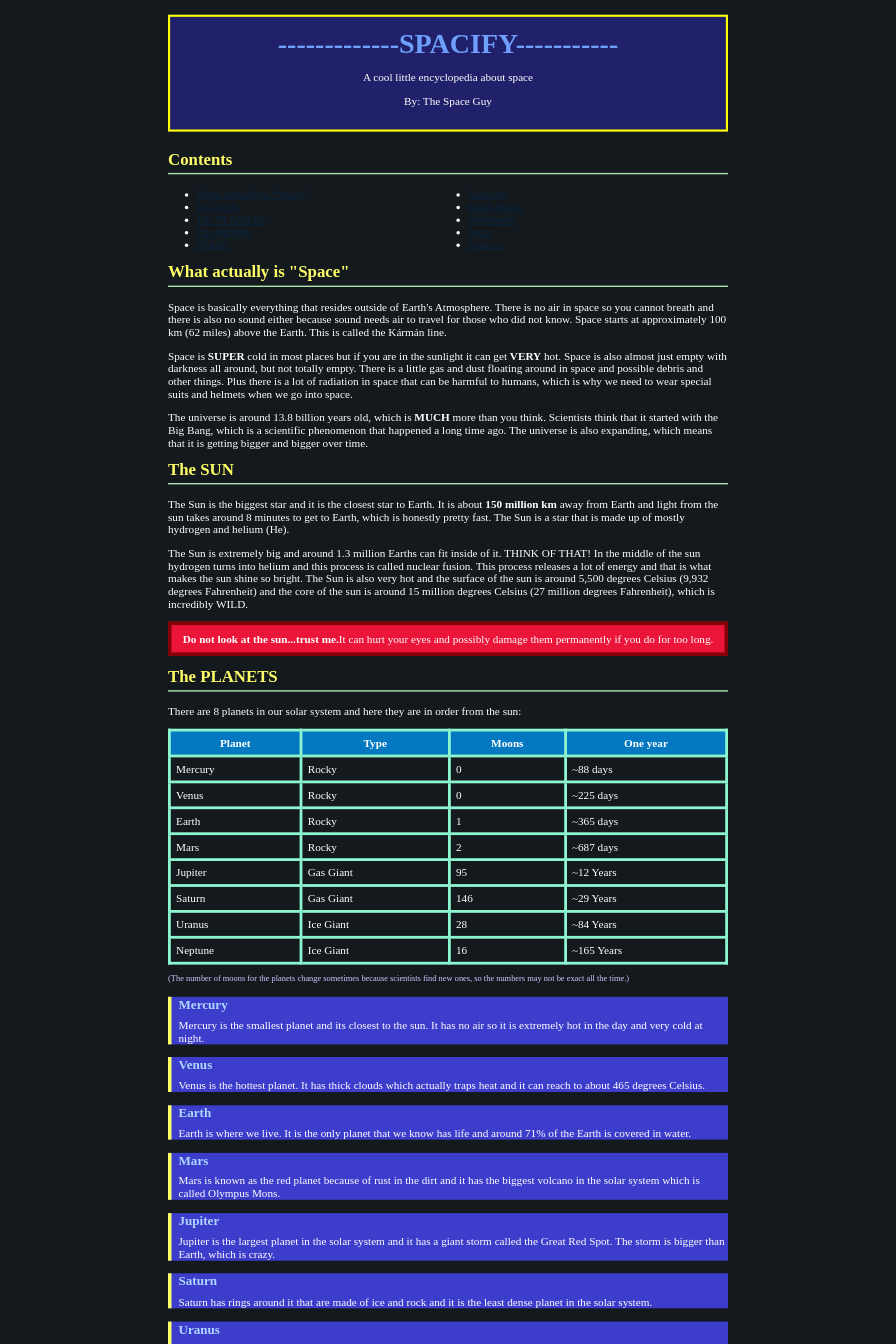
Repository: manayparikh1/Spacify
Page: index.html
These files come from the project's save history. The page is drawn as it stood at one moment and after the next save; the edit follows.
The browser window is 1280 px wide. The pictures show the part of the page from y = 0 to 1920 px (the page is 3940 px tall), at 70% of full size.

Above is the page before, as saved 2026-10-30 21:46:29.

### index.html
<!DOCTYPE html>
<html>

<head>
    <meta charset="utf-8">
    <title>Spacify</title>
    <link rel="stylesheet" href="style.css">
</head>

<body>
    <div class="page">
        <div class="header">
            <h1>-------------SPACIFY-----------</h1>
            <p>A cool little encyclopedia about space</p>
            <p>By: The Space Guy</p>
        </div>
        <div class="box contents">
            <h2>Contents</h2>
            <ul>
                <li><a href="#what">What actually is "Space"</a></li>
                <li><a href="#sun">The SUN</a></li>
                <li><a href="#planets">The PLANETS</a></li>
                <li><a href="#moon">The MOON</a></li>
                <li><a href="#stars">STARS</a></li>
                <li><a href="#galaxies">Galaxies</a></li>
                <li><a href="#blackholes">Black Holes</a></li>
                <li><a href="#astronauts">Astronauts</a></li>
                <li><a href="#facts">Facts</a></li>
                <li><a href="#sources">Sources</a></li>
            </ul>
        </div>
        <div class="box" id="what">
            <h2>What actually is "Space"</h2>
            <p>
                Space is basically everything that resides outside of Earth's Atmosphere. There is no air in space
                so you cannot breath and there is also no sound either because sound needs air to travel for those who
                did not know.
                Space starts at approximately 100 km (62 miles) above the Earth. This is called the Kármán line.
            </p>
            <p>
                Space is <strong>SUPER</strong> cold in most places but if you are in the sunlight it can get
                <strong>VERY</strong> hot. Space is also almost just empty with darkness all around, but not totally
                empty.
                There is a little gas and dust floating around in space and possible debris and other things. Plus there
                is a lot of radiation in space that can be harmful to humans, which is why we need to wear special suits
                and helmets when we go into space.
            </p>
            <p>
                The universe is around 13.8 billion years old, which is <strong>MUCH</strong> more than you think.
                Scientists think that it started with the Big Bang, which is a scientific phenomenon that happened a
                long time ago. The universe is also expanding, which means that it is getting bigger and bigger over
                time.
            </p>
        </div>

        <div class="box" id="sun">
            <h2>The SUN</h2>
            <p>
                The Sun is the biggest star and it is the closest star to Earth. It is about <strong>150 million
                    km</strong> away from Earth and light from the sun takes around 8 minutes to get to Earth, which is
                honestly pretty fast. The Sun is a star that is made up of mostly hydrogen and helium (He).
            </p>
            <p>
                The Sun is extremely big and around 1.3 million Earths can fit inside of it. THINK OF THAT! In the
                middle of the sun hydrogen turns into helium and this process is called nuclear fusion. This process
                releases a lot of energy and that is what makes the sun shine so bright. The Sun is also very hot and
                the surface of the sun is around 5,500 degrees Celsius (9,932 degrees Fahrenheit) and the core of the
                sun is around 15 million degrees Celsius (27 million degrees Fahrenheit), which is incredibly WILD.
            </p>
            <p class="warning"><b>Do not look at the sun...trust me.</b>It can hurt your eyes and possibly damage them
                permanently if you do for too long.</p>
        </div>
        <div class="box" id="planets">
            <h2>The PLANETS</h2>
            <p>There are 8 planets in our solar system and here they are in order from the sun: </p>
            <table>
                <tr>
                    <th>Planet</th>
                    <th>Type</th>
                    <th>Moons</th>
                    <th>One year</th>
                </tr>
                <tr>
                    <td>Mercury</td>
                    <td>Rocky</td>
                    <td>0</td>
                    <td>~88 days</td>
                </tr>
                <tr>
                    <td>Venus</td>
                    <td>Rocky</td>
                    <td>0</td>
                    <td>~225 days</td>
                </tr>
                <tr>
                    <td>Earth</td>
                    <td>Rocky</td>
                    <td>1</td>
                    <td>~365 days</td>
                </tr>
                <tr>
                    <td>Mars</td>
                    <td>Rocky</td>
                    <td>2</td>
                    <td>~687 days</td>
                </tr>
                <tr>
                    <td>Jupiter</td>
                    <td>Gas Giant</td>
                    <td>95</td>
                    <td>~12 Years</td>
                </tr>
                <tr>
                    <td>Saturn</td>
                    <td>Gas Giant</td>
                    <td>146</td>
                    <td>~29 Years</td>
                </tr>
                <tr>
                    <td>Uranus</td>
                    <td>Ice Giant</td>
                    <td>28</td>
                    <td>~84 Years</td>
                </tr>
                <tr>
                    <td>Neptune</td>
                    <td>Ice Giant</td>
                    <td>16</td>
                    <td>~165 Years</td>
                </tr>

                </tr>

            </table>
            <p class="small">(The number of moons for the planets change sometimes because scientists find new ones, so
                the numbers may not be exact all the time.)</p>
            <div class="planet-box">
                <h3>Mercury</h3>
                <p>
                    Mercury is the smallest planet and its closest to the sun. It has no air so it is extremely hot in
                    the day and very cold at night.
                </p>
            </div>
            <div class="planet-box">
                <h3>Venus</h3>
                <p>
                    Venus is the hottest planet. It has thick clouds which actually traps heat and it can reach to about
                    465 degrees Celsius.
                </p>
            </div>
            <div class="planet-box">
                <h3>Earth</h3>
                <p>
                    Earth is where we live. It is the only planet that we know has life and around
                    71% of the Earth is covered in water.
                </p>
            </div>
            <div class="planet-box">
                <h3>Mars</h3>
                <p>
                    Mars is known as the red planet because of rust in the dirt and it has the biggest volcano in the
                    solar system which is called Olympus Mons.
                </p>
            </div>
            <div class="planet-box">
                <h3>Jupiter</h3>
                <p>
                    Jupiter is the largest planet in the solar system and it has a giant storm called the Great Red
                    Spot. The storm is bigger than Earth, which is crazy.
                </p>
            </div>
            <div class="planet-box">
                <h3>Saturn</h3>
                <p>
                    Saturn has rings around it that are made of ice and rock and it is the least dense planet in the
                    solar
                    system.
                </p>
            </div>
            <div class="planet-box">
                <h3>Uranus</h3>
                <p>
                    Uranus is tipped over on its side so it kind of rolls around the sun and it is a bluish green colour
                    because of the methane gas in it.
                </p>
            </div>
            <div class="planet-box">
                <h3>Neptune</h3>
                <p>
                    Neptune is the farthest planet from the Sun. It has the <strong>Fastest</strong> winds in the solar
                    system.
                </p>
            </div>
            <div class="planet-box">
                <h3>What about Pluto??</h3>
                <p>
                    Pluto used to be a planet but in 2006 scientists changed it to a dwarf planet because there are many
                    planet-like objects in the solar system that look like it.
                </p>
            </div>
        </div>
        <div class="box" id="moon">
            <h2>The MOON</h2>
            <p>
                The moon goes around the Earth and it takes approx 27 days to go around the Earth. The moon is located
                about 384,000 km away from Earth, which is closer than what most people think.
            </p>
            <p>
                The moon does not make its own light. It reflects light that is coming from the sun and that is why we
                see <strong>different</strong> phases of the moon.
            </p>
            <p>
                The first human to walk on the moon was Neil Armstrong in 1969. He was followed by Buzz Aldrin on the
                same mission. So far there have been 12 people that have walked on the moon and all of them were men.
            </p>
            <p>The phases of the moon are:</p>
            <ol>
                <li>New Moon</li>
                <li>Waxing Crescent Moon</li>
                <li>First Quarter Moon</li>
                <li>Full Moon</li>
                <li>Waning Gibbous Moon</li>
                <li>Last Quarter Moon</li>
                <li>Waning Crescent Moon</li>
            </ol>
        </div>
        <div class="box" id="stars">
            <h2>Stars</h2>
            <p>
                Starts are basically giant balls of hot gas and they make light and heat. The sun is also a star and it
                just looks bigger because it is close.
            </p>
            <p>
                Stars are different colours. Blue stars are the hottest ones while red ones on the other hand are the
                coolest. Our sun is classified as a yellow star.
            </p>
            <p>
                Stars are born in big clouds of gas and dust called nebulas. When a star dies it can explode and this is
                called a supernova.
            </p>
            <p>
                The closest star to us after the sun is called Proxima Centauri. It is located last years.
            </p>
            <p>
                A light year is how far light goes in one year and that is about
            </p>
        </div>
        <div class="box" id="galaxies">
            <h2>Galaxies</h2>
            <p>
                A galaxy is a big group of stars, dust, and even gas. We live in a galaxy called the Milky Way and it
                has approximately 100 to 400 billion stars in it.
            </p>
            <p>
                There are 3 main types/kinds of galaxies: </p>

            <ul>
                <li>Spiral (like the Milky Way)</li>
                <li>Elliptical (shaped like an oval)</li>
                <li>Irregular (no real shape)</li>

            </ul>
            <p>
                The closest big galaxy to us is called Andromeda Galaxy. Scientists think that it will crash into the
                Milky Way in about 4 or 5 billion years (we will be long gone by then lol).
            </p>
        </div>
        <div class="box" id="blackholes">
            <h2>Black Holes</h2>
            <p>
                A black hole is a place in space where gravity is sooo strong that nothing can escape it, not even
                light, which is why they are black.
            </p>
            <p>
                Some black holes are created when a big star dies and collapses. There are super big black holes in the
                middle of the Milky Way. It is called Sagittarius A* and it is 4 million times bigger than the sun
                (IMAGINE THAT).
            </p>
            <p>In 2019 scientists took the first ever pic of a black hole.</p>
        </div>
        <div class="box" id="astronauts">
            <h2>Astronauts</h2>
            <p>
                Astronauts are people who go to space and the first person to go to space was Yuri Gagarin in 1961.
            </p>
            <p>
                The first Canadian in space (my country) was Marc Garneau is 1984. Chris Hadfield is another Canadian
                astronaut and he was the commander of the Internation Space Station (ISS) in 2013. He is also known for
                playing guitar and singing in space (lol).
            </p>
            <p>
                The International Space Station (ISS) is like a big lab that goes around Earth and it goes around 16
                times a day, which is a lot considering the size of Earth. Astronauts live there for months at a time,
                which is scary honestly.
            </p>
            <p>
                In space the astronatus float because they are falling around the Earth all the time. They have to strap
                themselves in to sleep so they dont eventually float away because it is highly dangerous to float around
                in space without a suit on. The astronauts also have to exercise for 2 hours a day because their muscles
                and bones get weak in space.
            </p>
        </div>
        <div class="box" id="facts">
            <h2>Facts</h2>
            <ul>
                <li>A day on Venus is longer than a year on Earth.</li>
                <li>The footprints on the moon will stay there for a <strong>long</strong> time.</li>
                <li>Astronauts get a little bit taller in space.</li>
                <li>Olympus Mons on Mars is about 3 times as big as Mount Everest.</li>
                <li>Saturn would float in water if you had a bathub that big lol.</li>
                <li>There are more stars in the universe than grains of sand on Earth.</li>
                <li>Neutron stars are <strong>SUPERRRRR</strong> heavy and a teaspoon of one would weight about a
                    billion tons.</li>
            </ul>
        </div>
        <div class="box" id="sources">
            <h2>Sources</h2>
            <ul>
                <li><a href="https://science.nasa.gov/">NASA Science</a></li>
                <li><a href="https://www.britannica.com/science/space-exploration">Space Exploration</a></li>
                <li><a href="https://www.asc-csa.gc.ca/eng/">Canadian Space Agency</a></li>
            </ul>
        </div>
        <div class="footer">
            <p class="small">Made for CUBED<br>Thanks a lot for reading</p>
            <p class="small"><a href="#">Back to top!</a></p>
        </div>
    </div>

    <body>

</html>

### style.css
body {
    font-family: "Comic Sans MS", "Comic Sans";
    background-color: #14191e;
    color: white;
    padding: 21px;
    margin: 0;
}

.page {
    max-width: 800px;
    margin: 0 auto;
}

.header {
    text-align: center;
    border: 3px solid yellow;
    padding: 15px;
    background-color: #21216b;
    margin-bottom: 26.5px;
}

h1 {
    color: rgb(110, 159, 251);
    margin: 0;
    font-size: 40px;
}

h2 {
    color: #ffff66;
    margin-top: 0;
    border-bottom: 2px solid rgb(171, 225, 172);
    padding-bottom: 5.7px;
}

h3 {
    color: #b0d7fe;
    margin-bottom: 9.5px;
}

a {
    color: #082440;
}


.contents ul {
    columns: 2;
}

.planet-box {
    background-color: #3d3dcc;
    border-left: 5px solid #ffff66;
    padding-left: 10px;
}

.planet-box p {
    margin-top: 5px;
}

.warning {
    background-color: #ea1538;
    padding: 10.3px;
    border: 5px solid rgb(131, 0, 7);
    text-align: center;
}

table {
    color: white;
    border-collapse: collapse;
    width: 100%;
}

th {
    background-color: #0478c1;
}

th,
td {
    border: 4px solid rgb(140, 245, 207);
    padding: 7.5px;
}

.small {
    font-size: 12px;
    color: #ccccff;
}

.footer {
    text-align: center;
    margin-top: 20px;
    border-top: 2px solid #ffff66;
    border-bottom: 2px solid #ffff66;

}

After the next save:
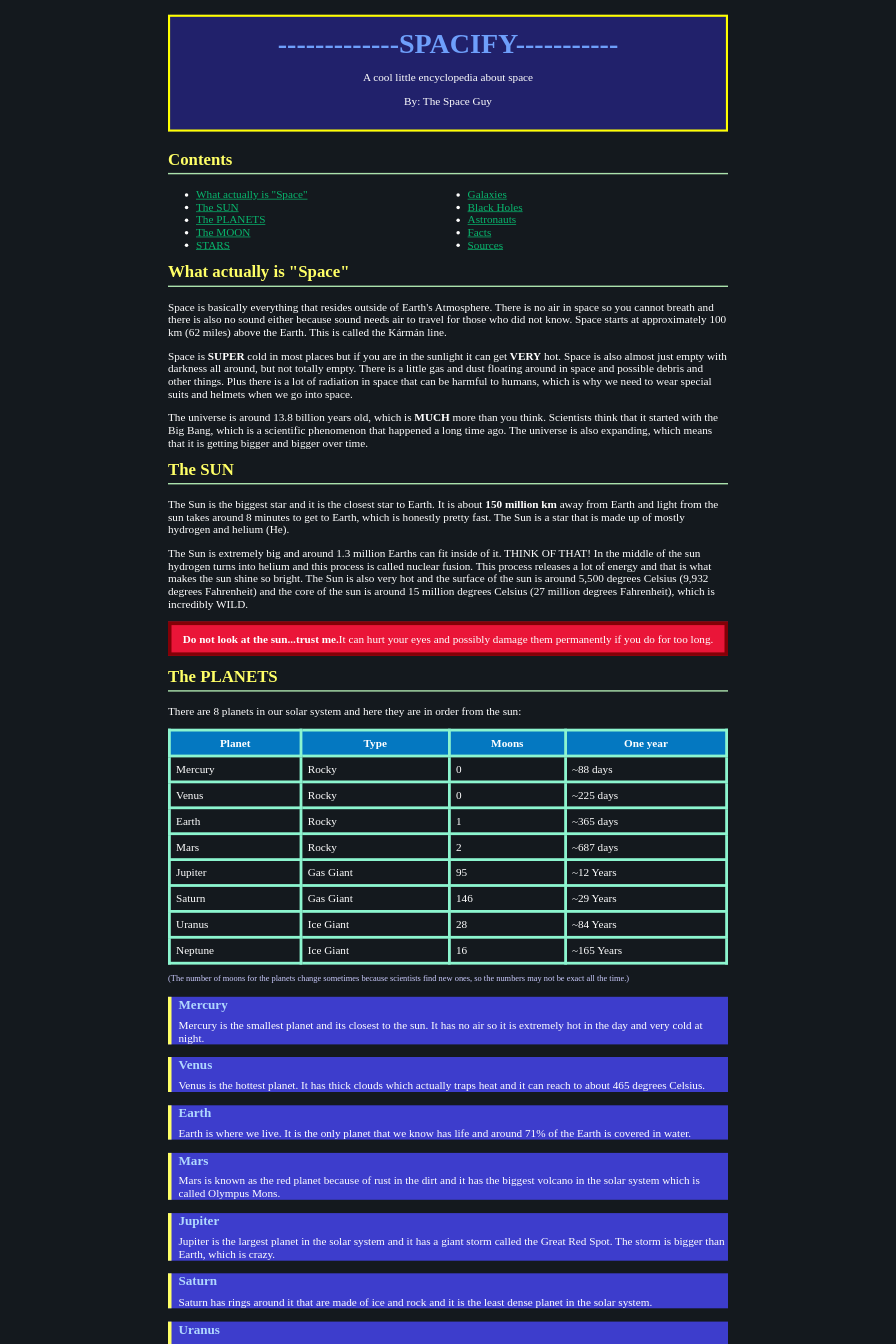
Saved 19 s later.
--- a/style.css
+++ b/style.css
@@ -91,3 +91,8 @@ td {
     border-bottom: 2px solid #ffff66;
 
 }
+
+a,
+a:visited {
+    color: #08b76e;
+}
